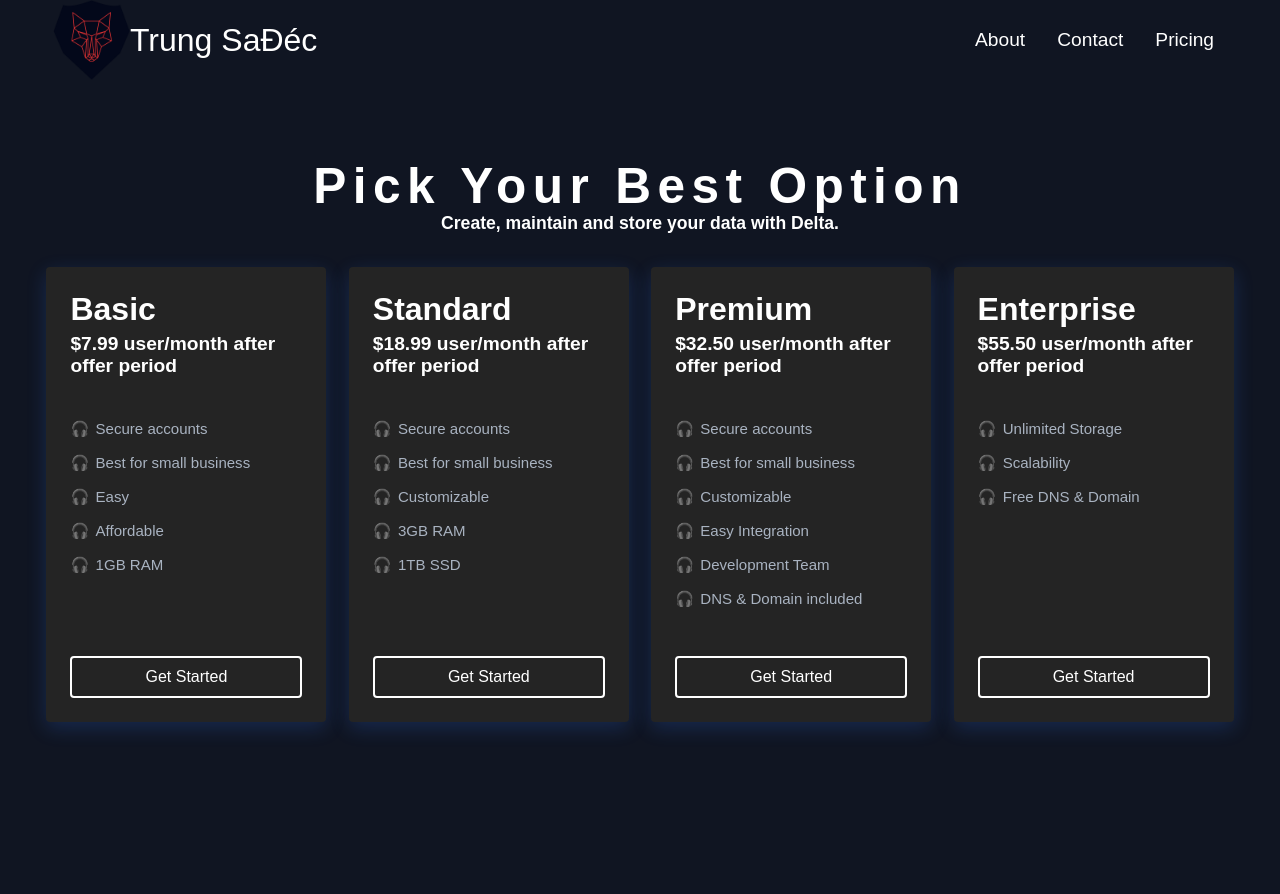
Repository: fdhhhdjd/Profile-Gift-B_H_Q_Trung
Page: /pricing
These files come from the project's save history. The page is drawn as it stood at one moment and after a run of saves; the edit follows.
The browser window is 1280 px wide. The pictures show the whole page.
The project was rebuilt for these pictures with package versions that can differ from the ones it lists, and the page was loaded fresh each time. Also part of the build but not shown: src/App.css, src/Pages/Home.js, src/Styles/HeroStyles.js, src/Components/Hero.js. Imported but missing from the stored project, and not drawn on this page: src/Pages/SignUpPage.

Above is the page before, as saved 2021-10-28 16:49:56.

After the next 2 saves:
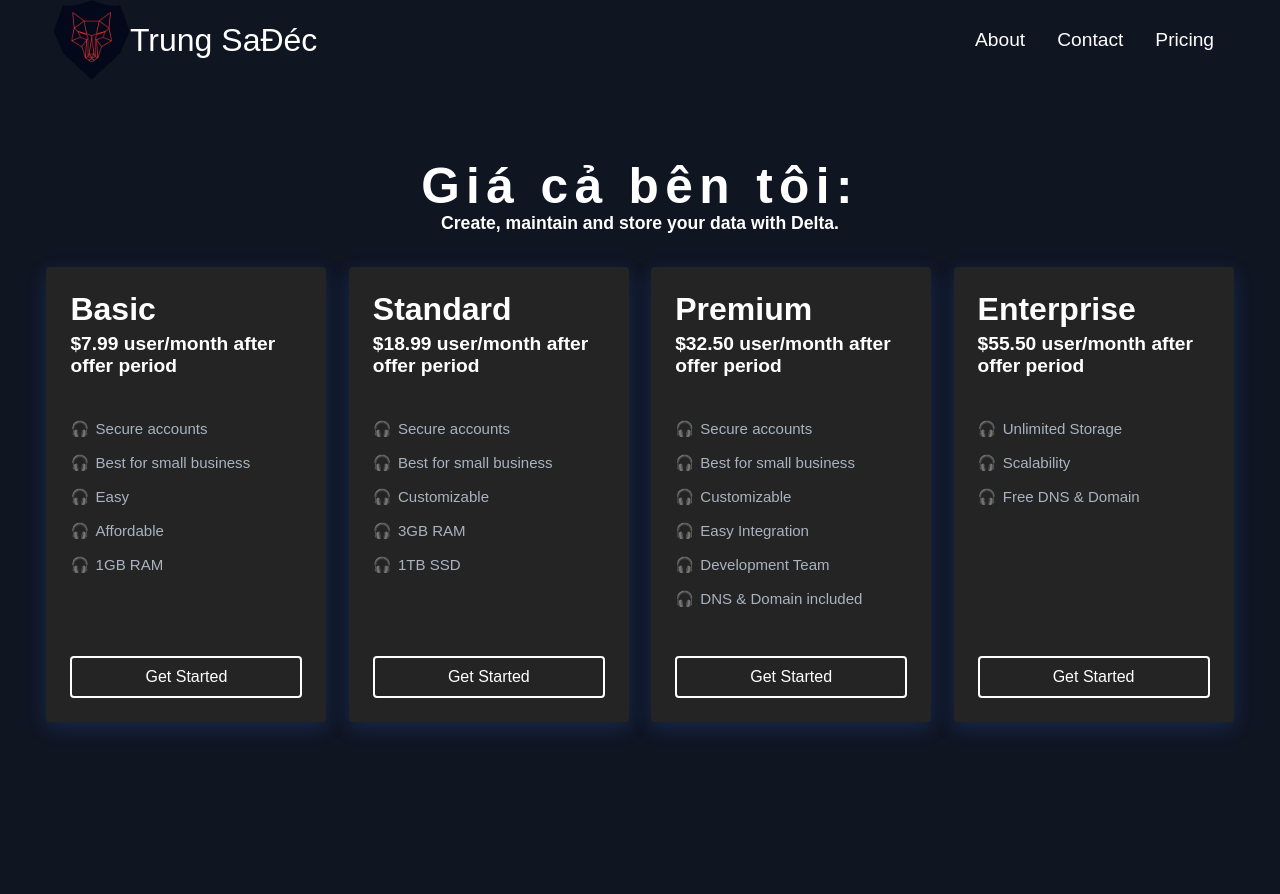
The 2 saves are shown as one change because they came seconds apart.
The last was saved 33 s later.
--- a/src/Pages/PricingPage.js
+++ b/src/Pages/PricingPage.js
@@ -20,7 +20,7 @@ const PricingPage = () => {
       <IconContext.Provider value={{ color: "#a9b3c1", size: "1rem" }}>
         <PricingSection id="pricing">
           <PricingWrapper>
-            <Heading>Pick Your Best Option</Heading>
+            <Heading>Giá cả bên tôi:</Heading>
 
             <TextWrapper
               mb="1.4rem"
